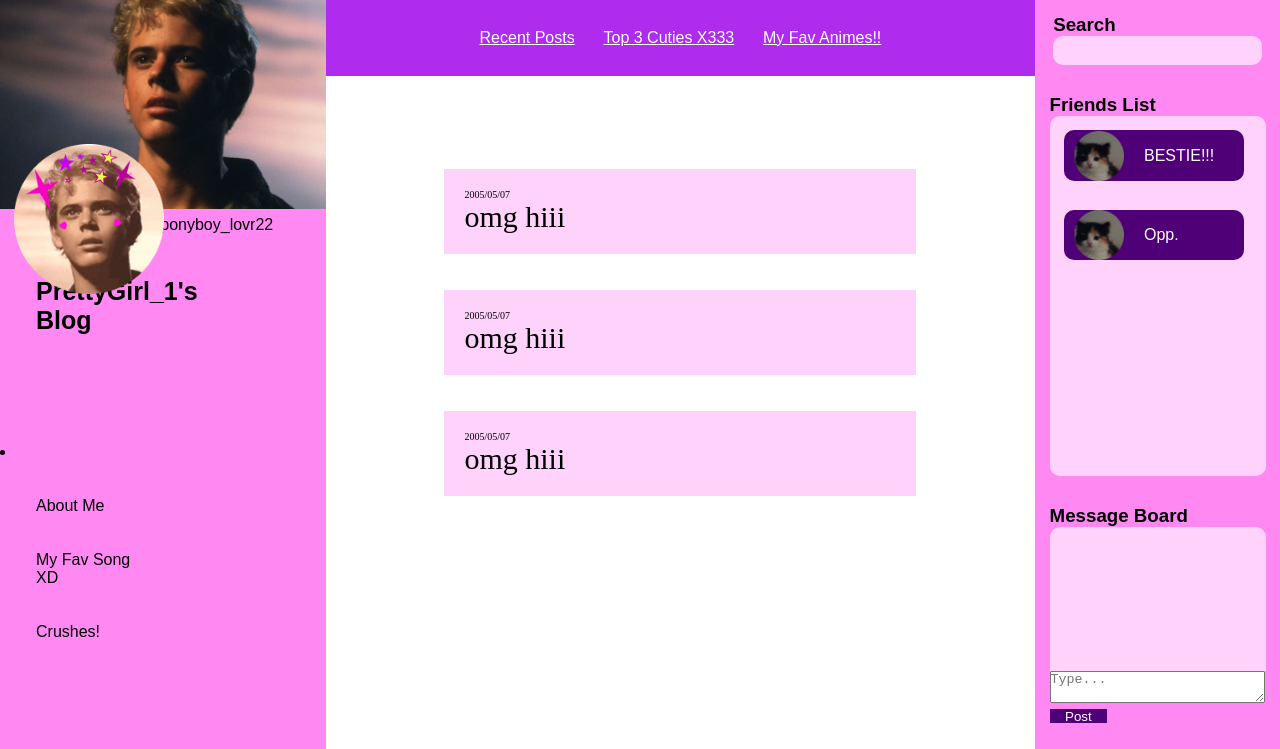
Repository: Jennica1/Frontend-Final
Page: index.html
The author's editor kept a copy of each file at every save. The page is drawn from the files as they stood at one save, then again after a run of saves.
The browser window is 1280 px wide. The pictures show the whole page.

Above is the page before, as saved 2024-05-23 12:42:19.

### index.html
<!DOCTYPE html>
<html lang="en">

<head>
  <title>My Blog!!</title>
  <meta charset="UTF-8">
  <meta name="viewport" content="width=device-width, initial-scale=1">
  <link rel="stylesheet" href="style.css">
</head>

<body>
  <div class="content">

    <div class="flexbox">

      <div class="sidebar-wrapper">

        <!--Side Nav Left-->
        <div class="sidebar-left">
          <img src="images/ponyboy.png" class="profile" width="150px" />
          <img src="images/background-image.jpg" alt="background image" class="background-photo" />
          <p class="username">@ponyboy_lovr22</p>
          <p class="nickname">PrettyGirl_1's Blog</p>
          <li class="sidebar-list">
            <ul class="item">About Me</ul>
            <ul class="item">My Fav Song XD</ul>
            <ul class="item">Crushes!</ul>
          </li>
        </div>
      </div>



      <div class="centre-content"> <!-- PUT ALL MAIN CONTENT BELOW THE HEADER -->
        <!-- Header -->
        <header class="header">
          <li class="content-list">
            <ul><a class="link" href="index.html">Recent Posts</a></ul>
            <ul><a class="link" href="topThree.html">Top 3 Cuties X333</a></ul>
            <ul><a class="link" href="anime.html">My Fav Animes!!</a></ul>
          </li>
        </header>

        <!-- main content -->
        <div class="main-content">
          <div class="recents-container">
            <div class="post">
              <p class="time-stamp">2005/05/07</p>
              <p class="post-text">omg hiii</p>
            </div>

            <div class="post">
              <p class="time-stamp">2005/05/07</p>
              <p class="post-text">omg hiii</p>
            </div>

            <div class="post">
                <p class="time-stamp">2005/05/07</p>
              <p class="post-text">omg hiii</p>
            </div>

          </div>
        </div>
      </div>

      <!--Side Nav Right-->
      <div class="sidebar-right">
        <form>
          <h3>Search</h3>
          <input type="text" class="search-bar">
        </form>
        <div class="friends-list">
          <h3>Friends List</h3>
          <div class="friends-container">
            <div class="friend">
              <img src="images/friend-pfp.png" width="50px" style="margin-left: 10px; margin-right: 20px;" />
              <p style="color: white;">BESTIE!!!</p>
            </div>
            <div class="friend">
              <img src="images/friend-pfp.png" width="50px" style="margin-left: 10px; margin-right: 20px;" />
              <p style="color: white;">Opp.</p>
            </div>
          </div>
        </div>
        <div class="message-board">
          <h3>Message Board</h3>
          <div id="message-board-container" class="message-board-container">
            <div class="message-board-content">
            </div>
          </div>
          <div class="user-input">
            <textarea name="" id="new-comment" class="text-box" placeholder="Type..."></textarea>
            <button id="btn-post" class="button-post">Post</button>
            <script src="script.js"></script>
          </div>
        </div>
      </div>
    </div>
  </div>
  </div>
</body>

</html>

### style.css
* {
  margin: 0;
  padding: 0;
}

.content {
  display: flex;
  flex-direction: column;
}

.flexbox {
  display: flex;
  flex-direction: row;
  justify-content: space-between;
  gap: 0;
}

.sidebar-wrapper {
  display: flex;
  justify-content: center;
  height: auto;

}

.sidebar-left {
  display: flex;
  flex-direction: column;
  position: relative;
  background-color: #FF88F3;
  z-index: 0;
  padding-right: 9.1rem;
  width: 25vh;
  font-family: Arial;
}

.profile {
  z-index: 1;
  position: absolute;
  margin-top: 20vh;
  margin-left: 2vh;
}

.background-photo {
  position: absolute;
  top: 0;
  left: 0;
  width: 100%;
  height: 29vh;
  object-fit: cover;

}

.background-container {
  width: 100%;
}

.username {
  margin-top: 30vh;
  margin-left: 20vh;
}

.nickname {
  font-size: 25px;
  margin-top: 6vh;
  margin-left: 5vh;
  width: 100%;
  font-weight: BOLD;
}

.sidebar-list {
  margin-top: 15vh;
}

.item {
  margin: 5vh;
}

.content-list {
  display: flex;
  margin: 4vh;
}

.link {
  color: white;
  margin: 2vh;
}


.sidebar-right {
  background-color: #FF88F3;
  z-index: 0;
  width: 30vh;
  display: flex;
  flex-direction: column;
  align-items: center;
  padding: 2vh;
  font-family: Arial;
  height: 100vh;
}

.search-bar {
  width: 29vh;
  height: 4vh;
  border-radius: 10px;
  border: transparent;
  background-color: #FFD2FB;
}

.friends-list {
  height: auto;
  margin-top: 4vh;
}

.friends-container {
  width: 30vh;
  height: 50vh;
  background-color: #FFD2FB;
  border-radius: 10px;
  display: flex;
  justify-content: center;
  flex-direction: column;
  justify-content: start;
}


.friend {
  width: 25vh;
  height: 7vh;
  border-radius: 10px;
  background-color: #500076;
  margin: 2vh;
  display: flex;
  align-items: center;
}

.message-board-container {
  width: 30vh;
  height: 20vh;
  background-color: #FFD2FB;
  border-top-left-radius: 10px;
  border-top-right-radius: 10px;
  display: flex;
  flex-direction: column-reverse;
  overflow-y: auto;
}

.message-board-content {
  margin: 10px;

}

.message-board {
  margin-top: 4vh;
}

.message {
  width: 80%;
  height: auto;
  margin: 1vh;
  align-items: left;
  display: flex;
  flex-direction: column;
  background-color: purple;
  padding: 1vh;
  border-radius: 5px;
  color: white;
}

.user-input {
  width: 50%;
}

.text-box {
  width: 29.7vh;
}

.button-post {
  width: 8vh;
  height: 2vh;
  right: 0;
  background-color: #500076;
  color: white;
  border: transparent;
}

.header {
  background-color: #AF2BEE;
  color: #ffffff;
  display: flex;
  justify-content: center;
  font-family: Arial;
}

.centre-content {
  width: 100%;
  display: flex;
  flex-direction: column;
}

.main-content {
  display: flex;
  justify-content: center;
}

.recents-container {
margin: 8vh;
}

.post {
  flex-direction: column;
  display: flex;
  margin: 5vh;
  padding: 20px;
  width: 60vh;
  background-color: #FFD2FB;
}

.time-stamp {
font-size: 10px;
}

.post-text {
font-size: 30px;
}

### script.js
document.getElementById("btn-post").addEventListener("click", function () {

  const newComment = document.getElementById("new-comment").value;


  const commentContainer = document.createElement("div");
  commentContainer.classList.add("message");
  const commentElement = document.createElement("p");
  commentElement.innerText = newComment;


  commentContainer.appendChild(commentElement);


  const messageBoardContainer = document.getElementById("message-board-container");
  messageBoardContainer.appendChild(commentContainer);


  document.getElementById("new-comment").value = "";
});

After the next 2 saves:
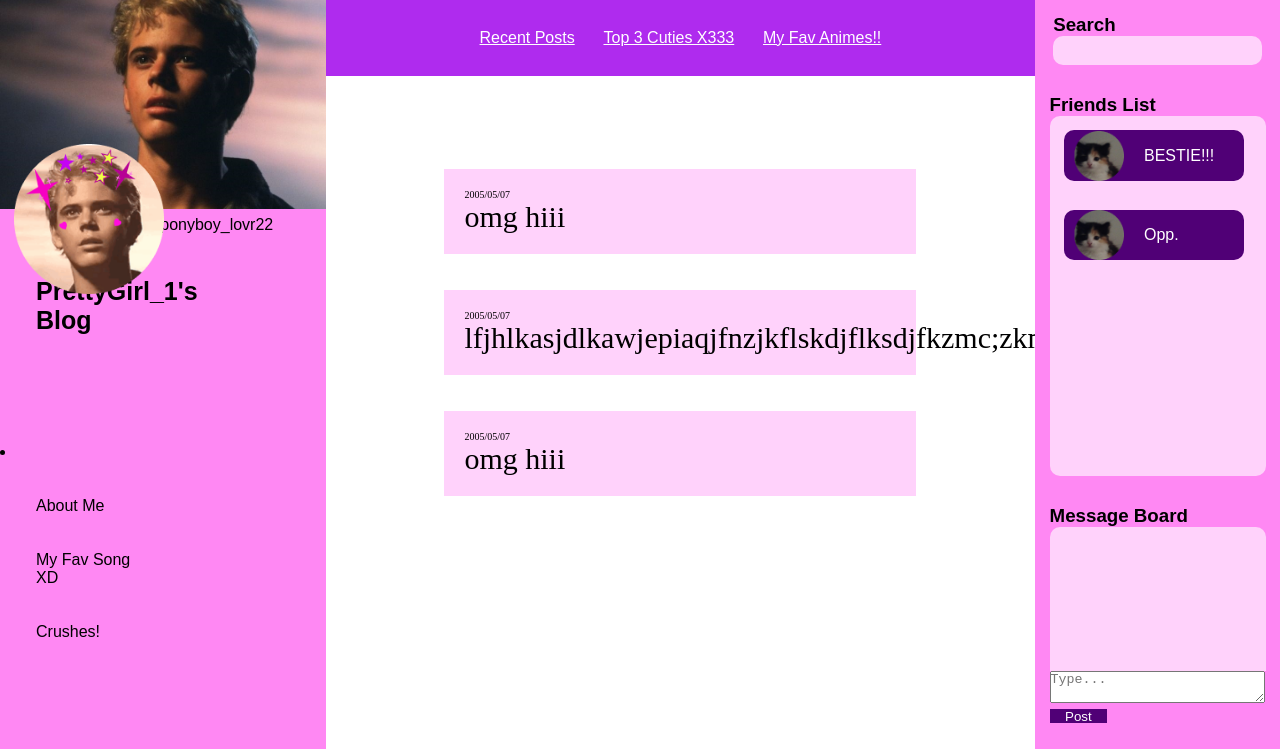
The 2 saves are shown as one change because they came seconds apart.
The last was saved 33 s later.
--- a/index.html
+++ b/index.html
@@ -51,7 +51,7 @@
 
             <div class="post">
               <p class="time-stamp">2005/05/07</p>
-              <p class="post-text">omg hiii</p>
+              <p class="post-text">lfjhlkasjdlkawjepiaqjfnzjkflskdjflksdjfkzmc;zkmxklczlksdh</p>
             </div>
 
             <div class="post">
